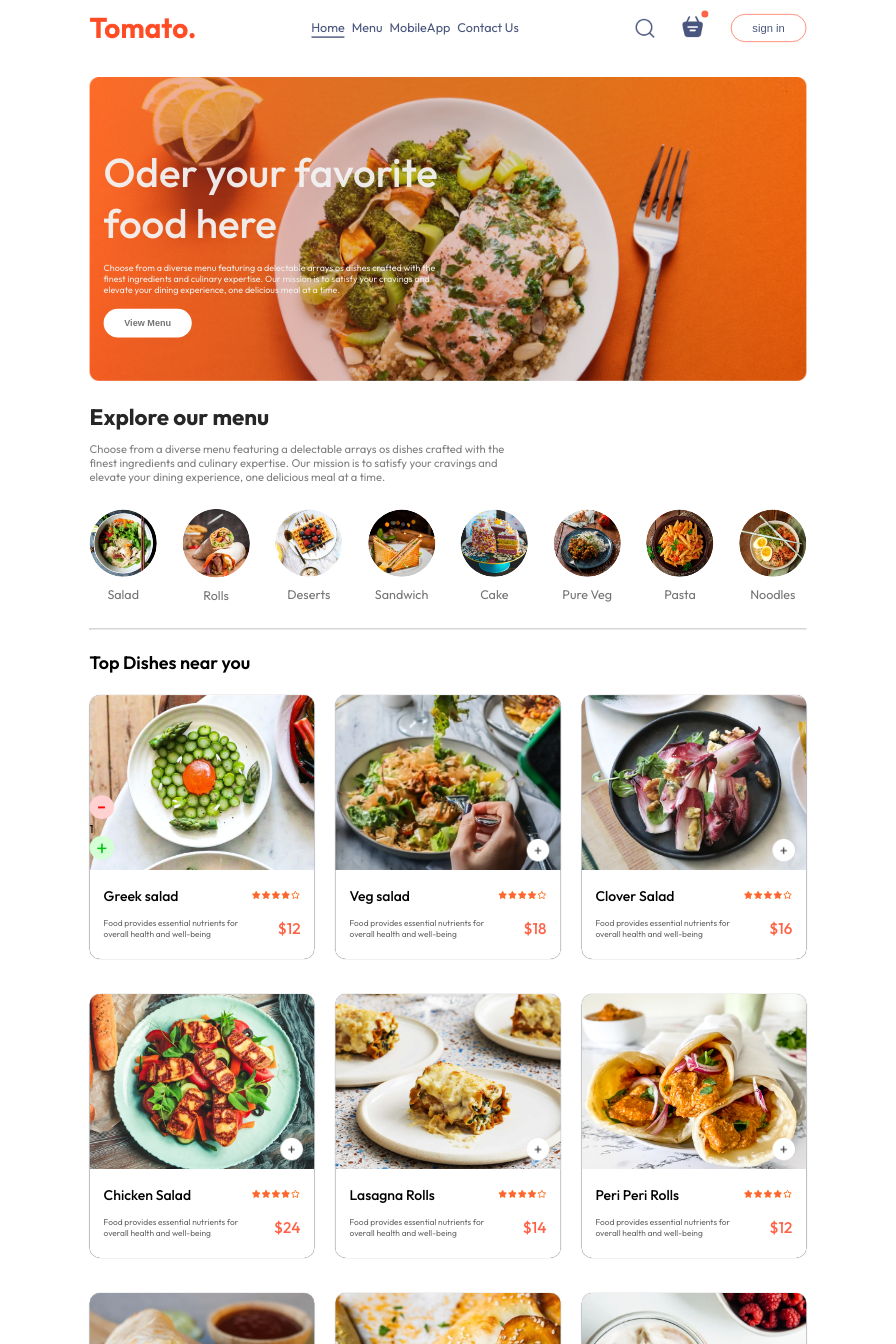
Repository: guilhermecardoso93/tomato-front-end
Page: /, after clicking the first element matching `img.add`
An editor plug-in stored every save of this project. The page is shown before and after the next save, followed by the edit.
The browser window is 1280 px wide. The pictures show the part of the page from y = 0 to 1920 px (the page is 5639 px tall), at 70% of full size.
The project was rebuilt for these pictures with package versions that can differ from the ones it lists, and the page was loaded fresh each time. Also part of the build but not shown: vite.config.js, src/pages/Cart/styles.css, src/pages/Cart/index.jsx, src/pages/PlaceOrder/styles.css, src/pages/PlaceOrder/index.jsx.

Above is the page before, as saved 2024-10-30 19:52:37.

After the next save:
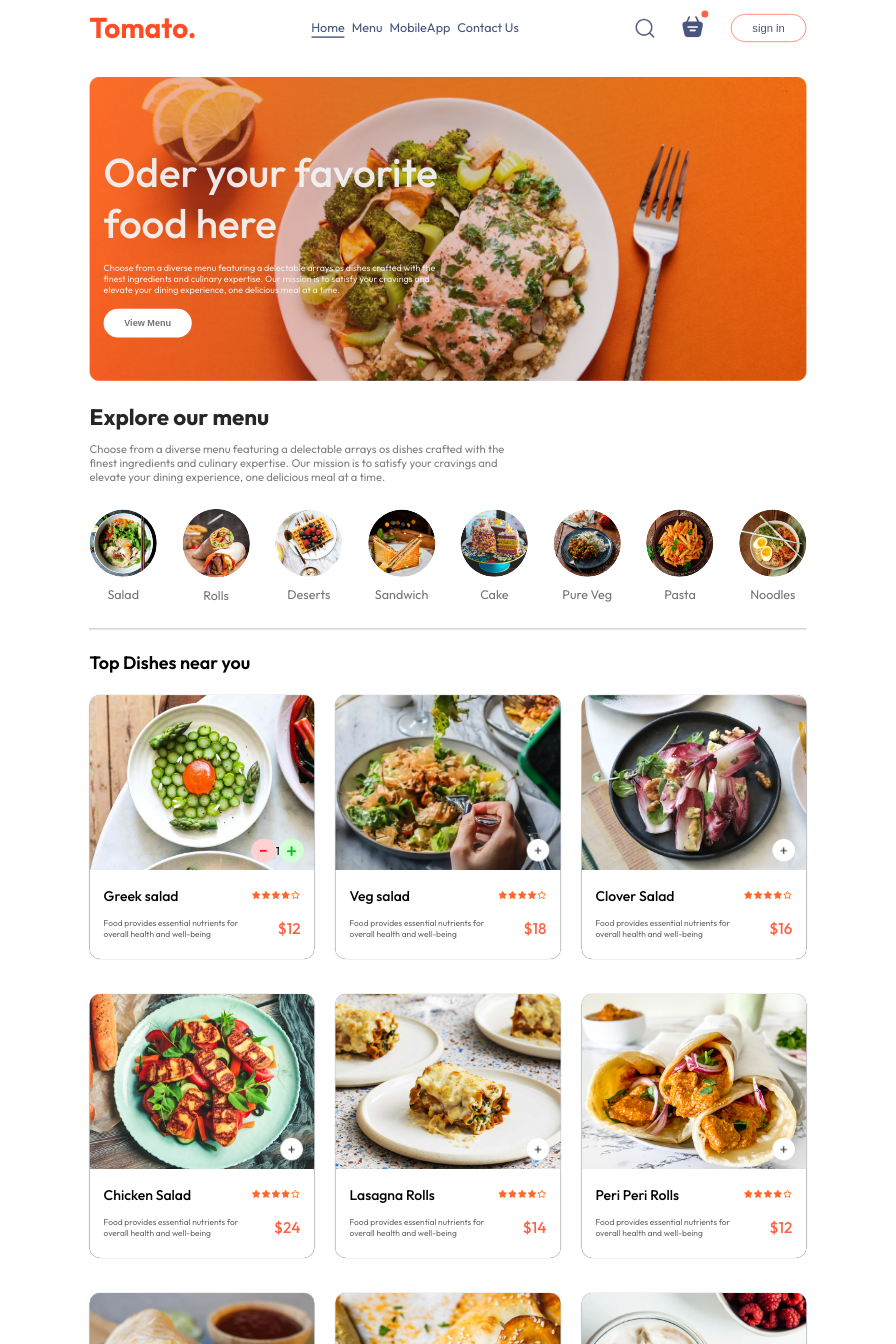
Saved 23 s later.
--- a/src/components/FoodItem/styles.css
+++ b/src/components/FoodItem/styles.css
@@ -28,6 +28,9 @@
 .food-item-counter {
   position: absolute;
   bottom: 15px;
+  right: 15px;
+  display: flex;
+  align-items: center;
 }
 
 .food-item-info {
